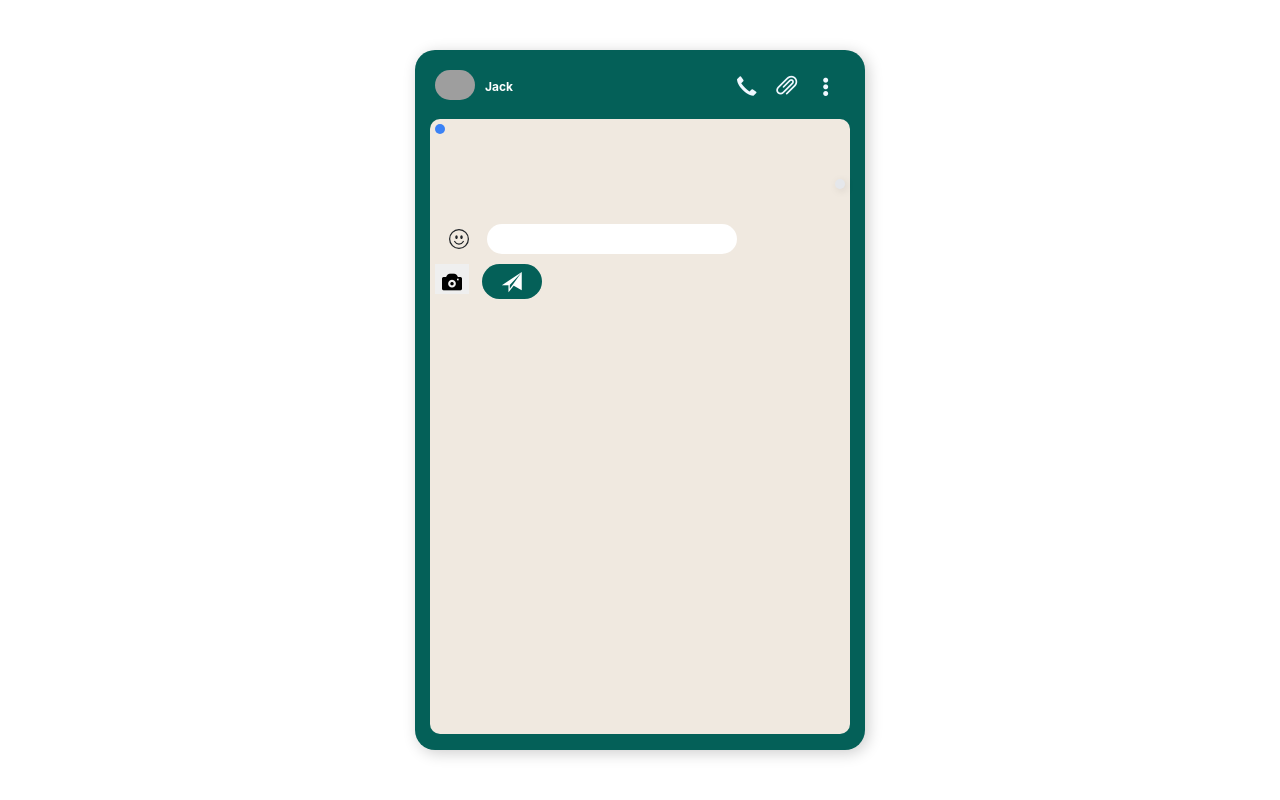
Repository: sibi24sibi/php-mysql-manal-chatbot
Page: http://localhost/
The author's editor kept a copy of each file at every save. The page is drawn from the files as they stood at one save, then again after the next save.
The browser window is 1280 px wide. The pictures show the whole page.
Pictures or frames that could not be fetched are drawn as grey boxes. The page is run by PHP 8.4 with error messages shown; the project is at /var/www/html/.

Above is the page before, as saved 2023-01-15 13:41:46.

After the next save:
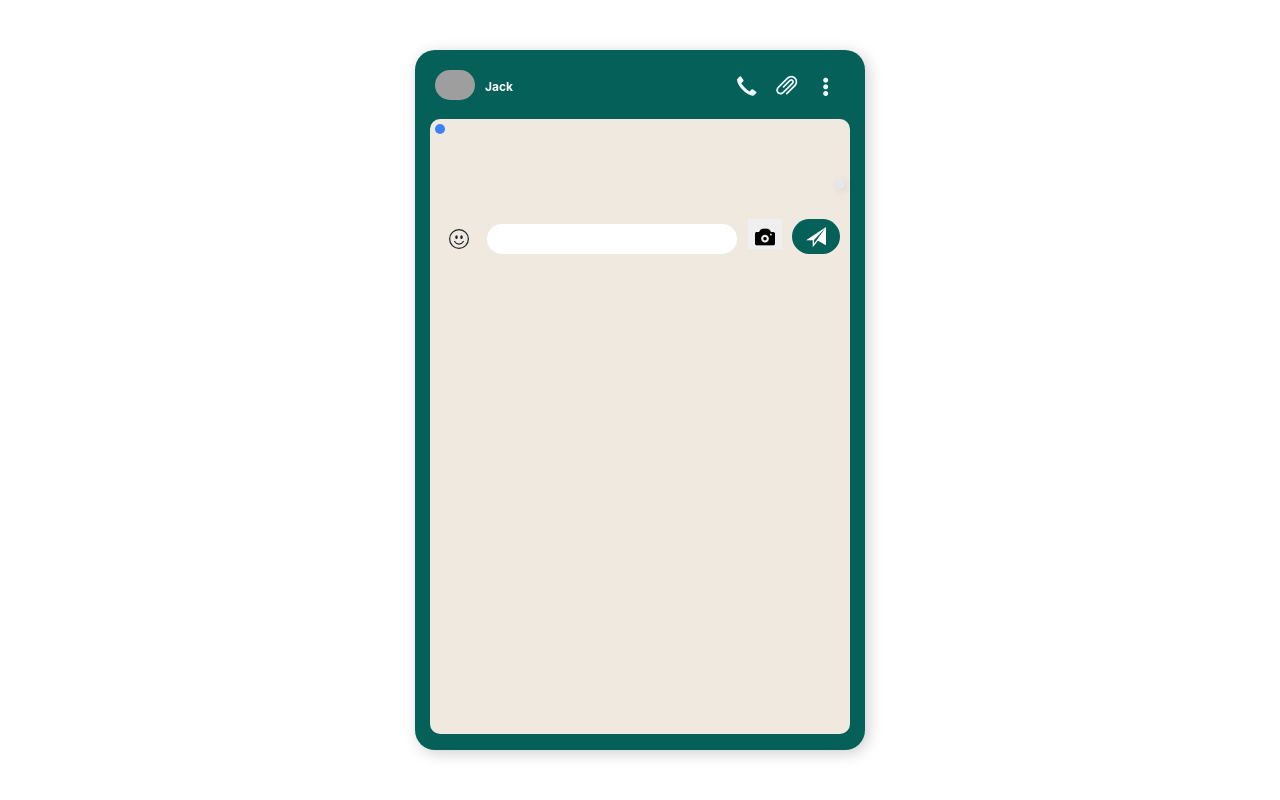
Saved 19 s later.
--- a/index.php
+++ b/index.php
@@ -53,7 +53,7 @@
                 </div>
 
 
-                <div class="bottom-tools">
+                <div class="bottom-tools d-flex align-item-end">
                     <div class="input-group rounded p-2 bd-highlight">
                         <button type="button" class="btn btn-default " aria-label="Left Align">
                             <svg xmlns="http://www.w3.org/2000/svg" width="20" height="20" fill="currentColor" class="bi bi-emoji-smile" viewBox="0 0 16 16">

After the 6 saves that followed:
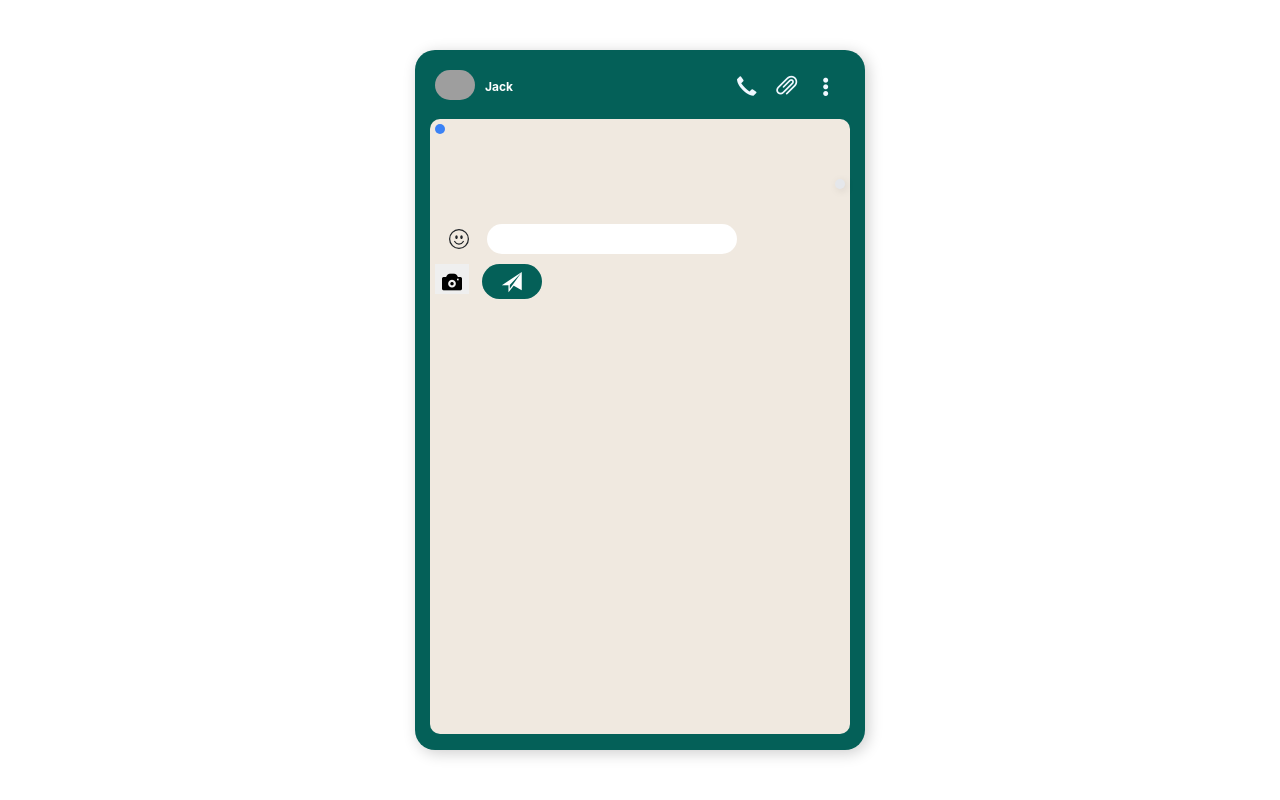
The 6 saves are shown as one change because 5 left the picture as it was.
The last was saved 2 min 31 s later.
--- a/index.php
+++ b/index.php
@@ -53,7 +53,7 @@
                 </div>
 
 
-                <div class="bottom-tools d-flex align-item-end">
+                <div class="bottom-tools">
                     <div class="input-group rounded p-2 bd-highlight">
                         <button type="button" class="btn btn-default " aria-label="Left Align">
                             <svg xmlns="http://www.w3.org/2000/svg" width="20" height="20" fill="currentColor" class="bi bi-emoji-smile" viewBox="0 0 16 16">
